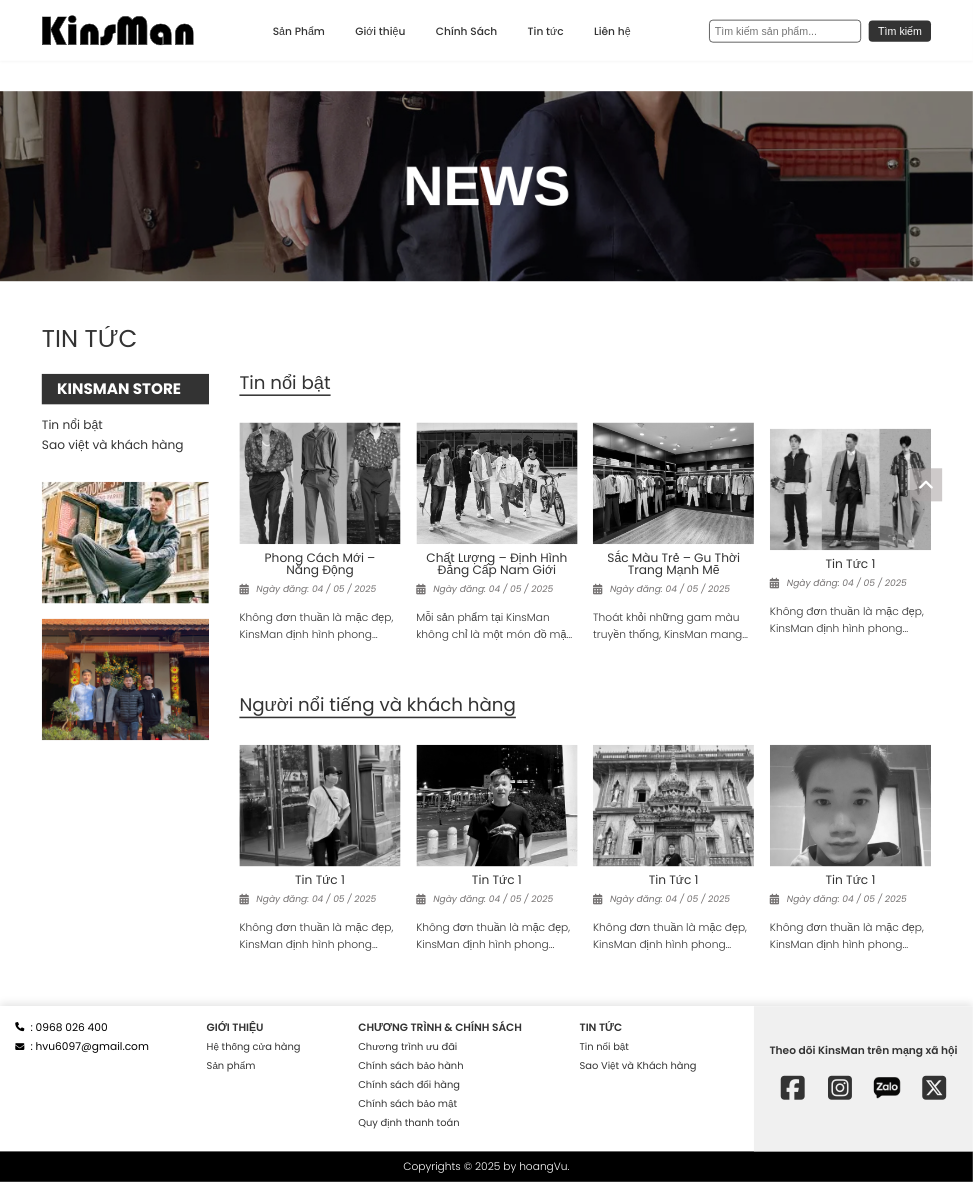
Repository: hoang28092000/kinsmanClothes
Page: category/news.html
The author's editor kept a copy of each file at every save. The page is drawn from the files as they stood at one save, then again after the next save.
The browser window is 1280 px wide. The pictures show the whole page, at 76% of full size.

Above is the page before, as saved 2025-05-08 14:52:04.
Console error: TypeError: Cannot read properties of null (reading 'addEventListener')

After the next save:
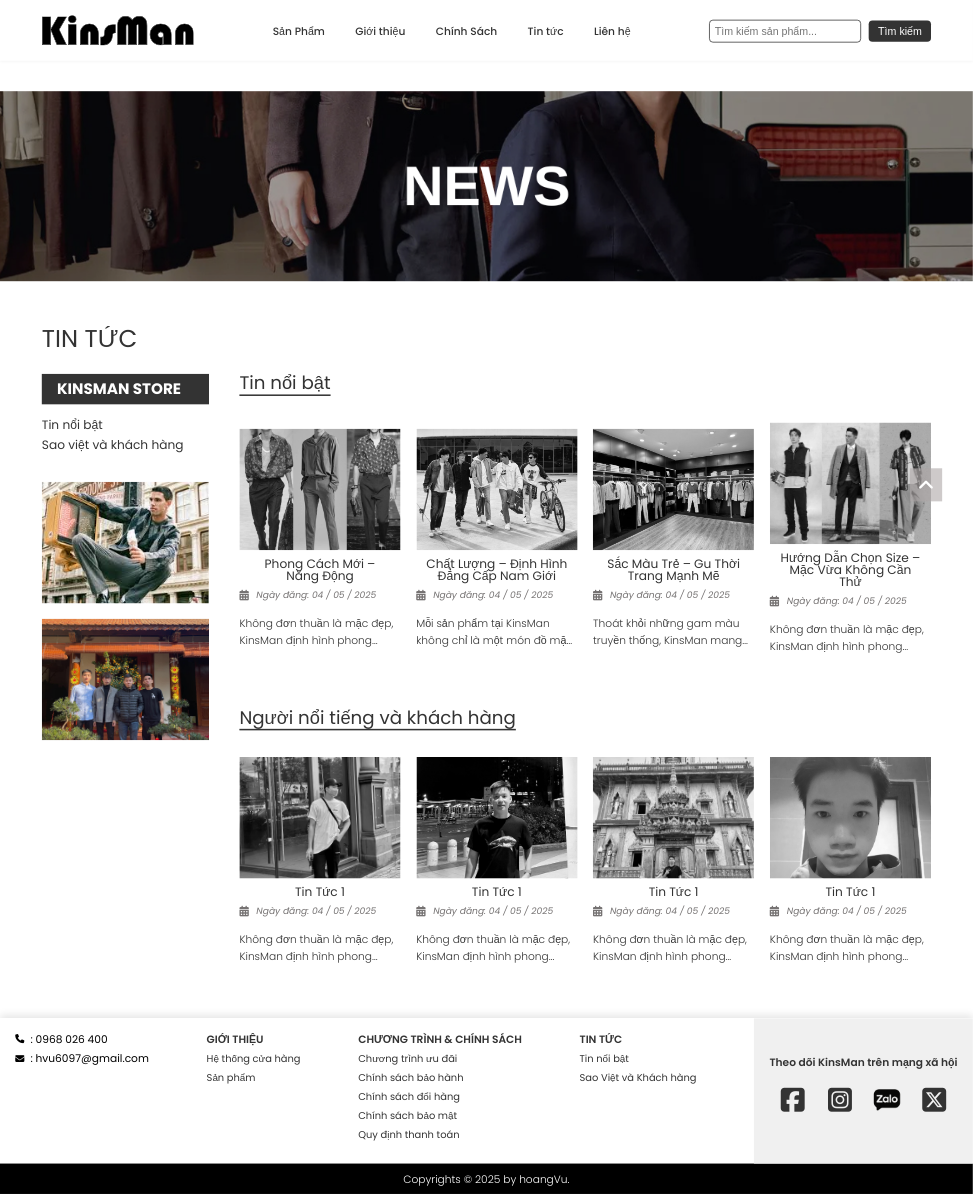
Saved 51 s later.
--- a/category/news.html
+++ b/category/news.html
@@ -147,7 +147,7 @@
                         <img src="../asset/image/news-1.jpeg" alt="" />
                     </div>
                     <h3 class="name-news"><a href="">
-                        Tin Tức 1
+                        Hướng Dẫn Chọn Size – Mặc Vừa Không Cần Thử
                     </a></h3>
                   </a>
                   <div class="desc">
